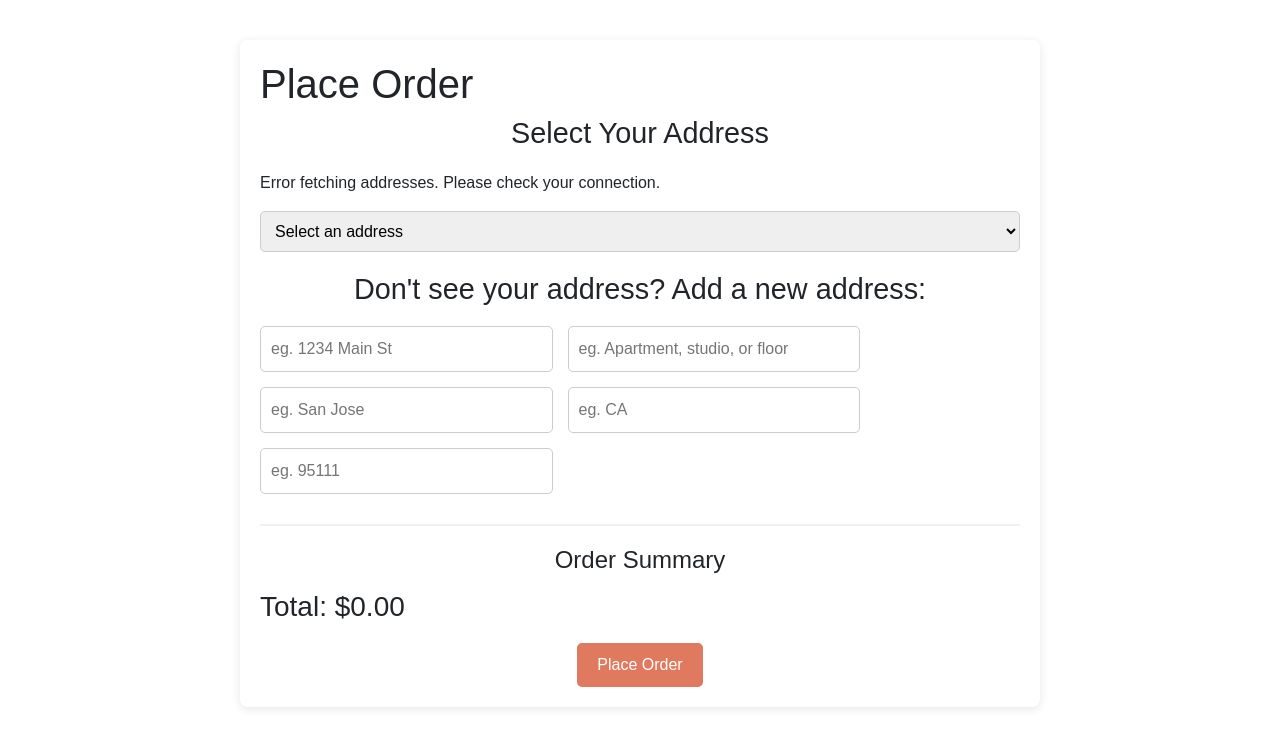
Repository: chelseajaculina/lab2-uber-eats
Page: /order (app in frontend/)
The author's editor kept a copy of each file at every save. The page is drawn from the files as they stood at one save, then again after a run of saves.
The browser window is 1280 px wide. The pictures show the whole page.
The page's requests for data from a server got no answer. The project was rebuilt for these pictures with package versions that can differ from the ones it lists, and the page was loaded fresh each time. No one was signed in, and anything a server would have sent is missing. Also part of the build but not shown: frontend/src/components/Home.css, frontend/src/components/Logout.css, frontend/src/components/Logout.js, frontend/src/components/CartModal.css, frontend/src/components/CartModal.js, frontend/src/components/NavBarHome.js, frontend/src/components/Home.js, frontend/src/components/CustomerSignUp.js and 25 more.

Above is the page before, as saved 2024-11-22 21:30:48.

After the next 2 saves:
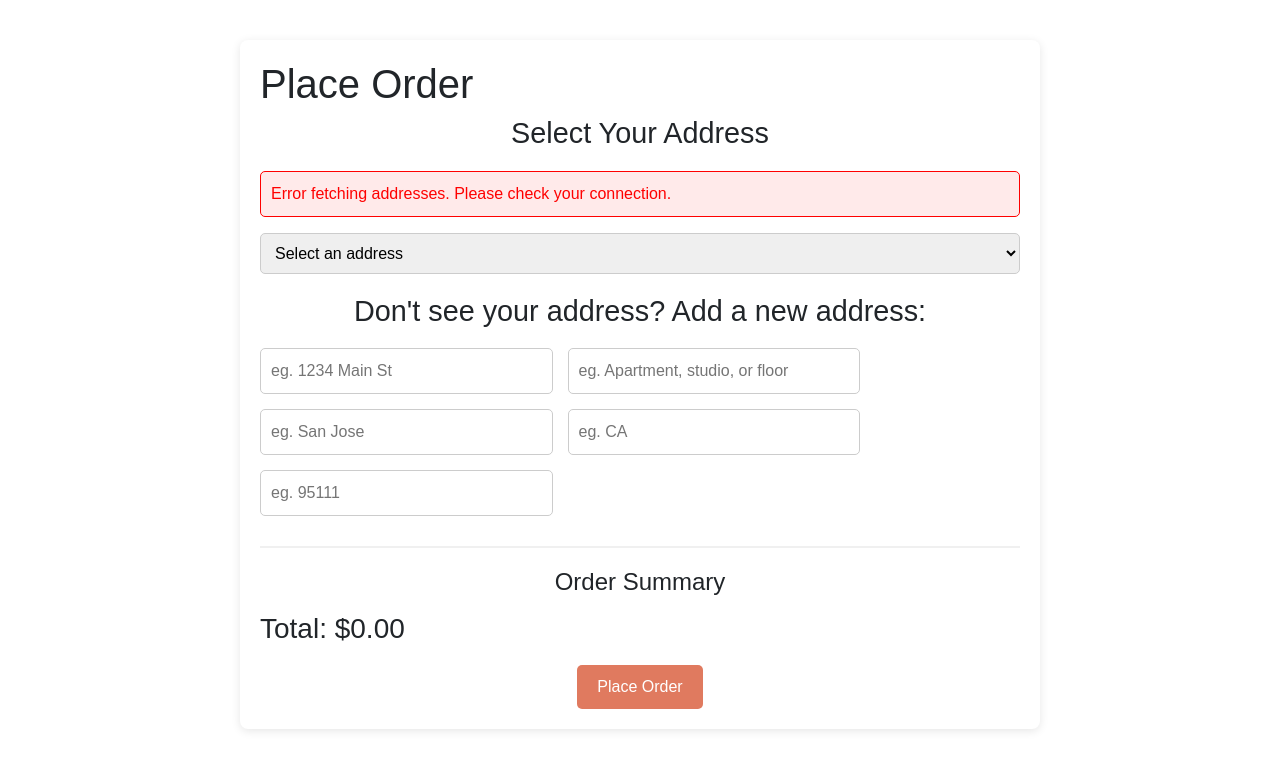
The 2 saves are shown as one change because they came seconds apart.
The last was saved 10 s later.
--- a/frontend/src/components/OrderPage.css
+++ b/frontend/src/components/OrderPage.css
@@ -110,3 +110,30 @@
   .dashboard-button:hover {
     opacity: 0.9;
   }
+
+
+  .success-message {
+    color: green;
+    background-color: #eaffea;
+    padding: 10px;
+    border: 1px solid green;
+    border-radius: 5px;
+    margin-top: 10px;
+  }
+
+  .error-message {
+    color: red;
+    background-color: #ffeaea;
+    padding: 10px;
+    border: 1px solid red;
+    border-radius: 5px;
+    margin-top: 10px;
+  }
+
+  .confirmation-message {
+    background-color: #eaffea;
+    padding: 15px;
+    border: 1px solid green;
+    border-radius: 5px;
+    margin-top: 15px;
+  }
